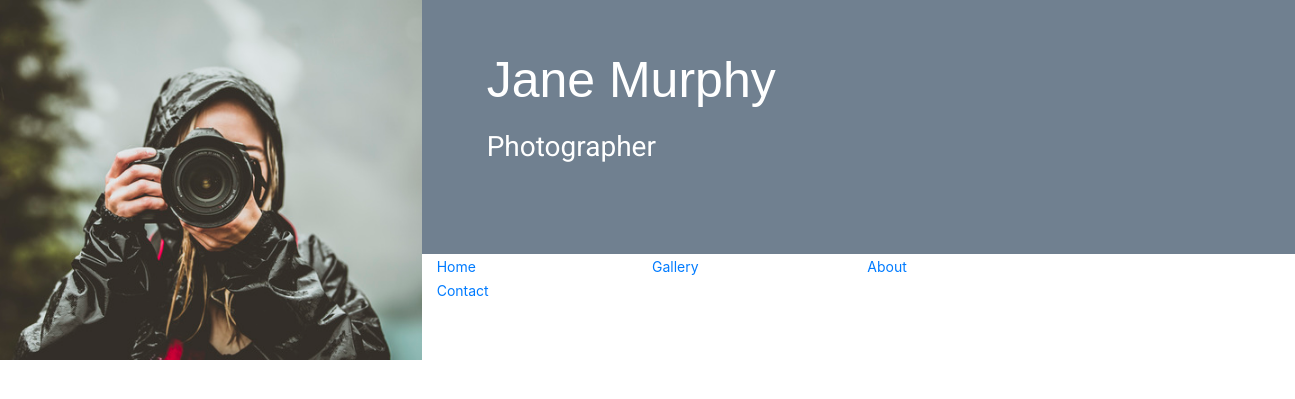
Repository: Code-Institute-Submissions/MrChrisRandall-milestone-1
Page: index.html
The author's editor kept a record of every edit. The page is drawn from the files as they stood at one moment, then again after the next edit.
The browser window is 1280 px wide. The page is 1295 px wide, so the pictures cover 1295 px, including what lies to the right of the window. The pictures show the whole page.

Above is the page before.

After the next edit:
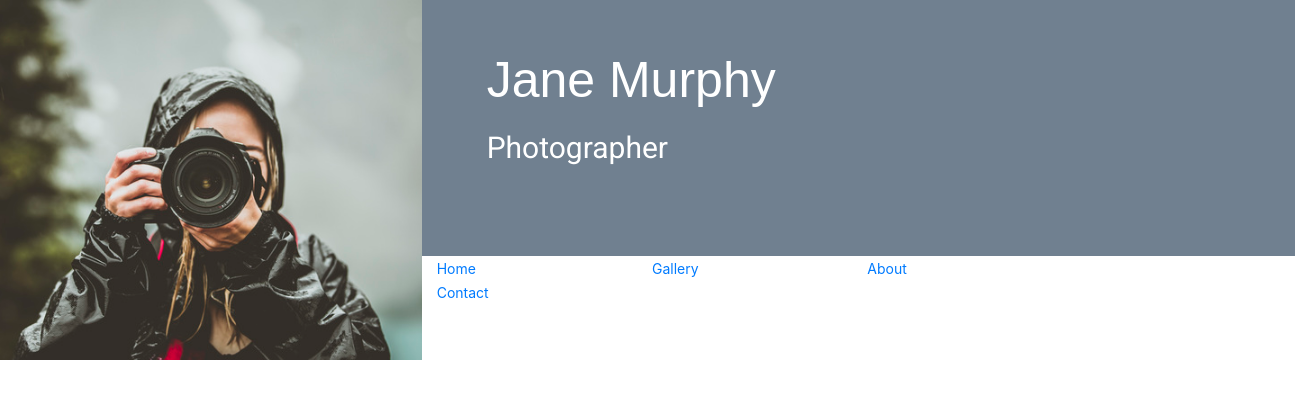
The edit:
--- a/assets/css/style.css
+++ b/assets/css/style.css
@@ -55,7 +55,7 @@
 .title {
     font-family: "Roboto", sans-serif;
     font-weight: 200;
-    font-size: 28px;
+    font-size: 30px;
     margin-top: 20px;
     margin-bottom: 90px;
     color: #fff;
